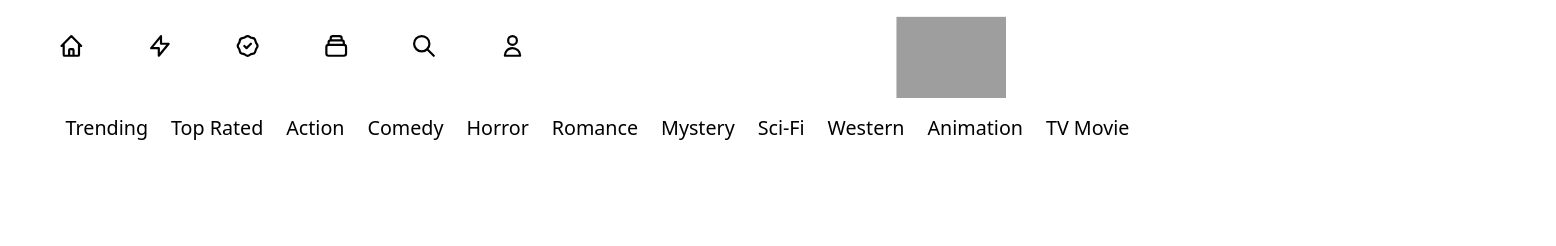
Repository: jafredk/hulu-2
Page: /
An editor plug-in stored every save of this project. The page is shown before and after the next save, followed by the edit.
The browser window is 1280 px wide. The page is 1377 px wide, then 1897 px, so the pictures cover 1897 px, including what lies to the right of the window. The pictures show the whole page, at 82% of full size.
Pictures or frames that could not be fetched are drawn as grey boxes. The project was rebuilt for these pictures with package versions that can differ from the ones it lists, and the page was loaded fresh each time. The framework's server and built-in components were replaced by stand-ins that run in the browser. Also part of the build but not shown: next.config.js.

Above is the page before, as saved 2021-11-02 11:57:46.

### pages/index.js
import Head from 'next/head'
import Image from 'next/image'
import Header from '../components/Header'
import Nav from '../components/Nav'


export default function Home() {
  return (
    <div>
      <Head>
        <title>HULU</title>
        <meta name="description" content="Generated by create next app" />
        <link rel="icon" href="/favicon.ico" />
      </Head>



      {/* Header */}
      <Header />



      {/* Nav */}
      <Nav />



      {/* Results */}
    </div>
  )
}

### components/Header.js
import {
    BadgeCheckIcon,
    CollectionIcon,
    HomeIcon,
    LightningBoltIcon,
    SearchIcon,
    UserIcon,
} from "@heroicons/react/outline";

import Image from 'next/image'
import HeaderItem from './HeaderItem';

function Header() {
    return (
        <header className="flex flex-col sm:flex-row m-5 justify-between items-center h-auto">
            <div className="flex flex-grow justify-evenly max-w-2xl">
                <HeaderItem title='HOME' Icon={HomeIcon} />
                <HeaderItem title='TRENDING' Icon={LightningBoltIcon} />
                <HeaderItem title='VERIFIED' Icon={BadgeCheckIcon} />
                <HeaderItem title='COLLECTIONS' Icon={CollectionIcon} />
                <HeaderItem title='SEARCH' Icon={SearchIcon} />
                <HeaderItem title='ACCOUNT' Icon={UserIcon} />
            </div>


            <Image className="object-contain bg " src="https://links.papareact.com/ua6" width={200} height={100} />
        </header>
    );
}

export default Header;

### components/Nav.js
import requests from "../utils/requests";

function Nav() {
    return (
        <nav>
            <div className="flex px-10 flex-row space-x-7 sm:px-20 text-2xl whitespace-nowrap">
                {Object.entries(requests).map(([key, { title, url }]) => (
                    <h2 key={key} className="cursor-pointer transition duration-100 transform hover:scale-125 hover:text-white active:text-red-500 " >{title}</h2>
                ))}



                </div>

        </nav>
    );
}

export default Nav;

### components/HeaderItem.js
function HeaderItem({ Icon, title }) {
    return (
        <div className=" flex flex-col items-center cursor-pointer group w-12 sm:w-20 hover:text-white ">
            <Icon className="h-8 mb-1 group-hover:animate-bounce " />
            <p className=" opacity-0 group-hover:opacity-100  tracking-widest">{title}</p>
        </div>
    );
}

export default HeaderItem;

### utils/requests.js
const API_KEY = process.env.API_KEY;

export default {
    fetchTrending: {
        title: "Trending",
        url: `/trending/all/week?api_key=${API_KEY}&language=en-US`,
    },

    fetchTopRated: {
        title: "Top Rated",
        url: `/movie/top_rated?api_key=${API_KEY}&language=en-US`,
    },


    fetchActionMovies: {
        title: "Action",
        url: `/discover/movie?api_key=${API_KEY}&with_genres=28`,
    },

    fetchComedyMovies: {
        title: "Comedy",
        url: `/discover/movie?api_key=${API_KEY}&with_genres=35`,
    },

    fetchHorrorMovies: {
        title: "Horror",
        url: `/discover/movie?api_key=${API_KEY}&with_genres=27`,
    },

    fetchRomanceMovies: {
        title: "Romance",
        url: `/discover/movie?api_key=${API_KEY}&with_genres=10749`,
    },

    fetchMystery: {
        title: "Mystery",
        url: `/discover/movie?api_key=${API_KEY}&with_genres=9648`,
    },

    fetchSciFi: {
        title: "Sci-Fi",
        url: `/discover/movie?api_key=${API_KEY}&with_genres=878`,
    },

    fetchWestern: {
        title: "Western",
        url: `/discover/movie?api_key=${API_KEY}&with_genres=37`,
    },

    fetchAnimation: {
        title: "Animation",
        url: `/discover/movie?api_key=${API_KEY}&with_genres=16`,
    },


    fetchTV: {
        title: "TV Movie",
        url: `/discover/movie?api_key=${API_KEY}&with_genres=10770`,
    },
}

Loaded but not shown: pages/_app.js (common file); styles/globals.css (common file)

After the next save:
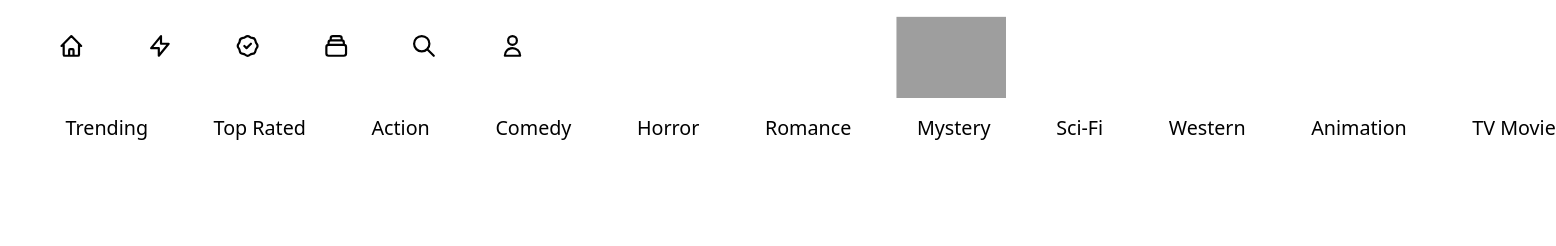
Saved 59 s later.
--- a/components/Nav.js
+++ b/components/Nav.js
@@ -3,7 +3,7 @@ import requests from "../utils/requests";
 function Nav() {
     return (
         <nav>
-            <div className="flex px-10 flex-row space-x-7 sm:px-20 text-2xl whitespace-nowrap">
+            <div className="flex px-10 flex-row space-x-10 sm:space-x-20 sm:px-20 text-2xl whitespace-nowrap">
                 {Object.entries(requests).map(([key, { title, url }]) => (
                     <h2 key={key} className="cursor-pointer transition duration-100 transform hover:scale-125 hover:text-white active:text-red-500 " >{title}</h2>
                 ))}
